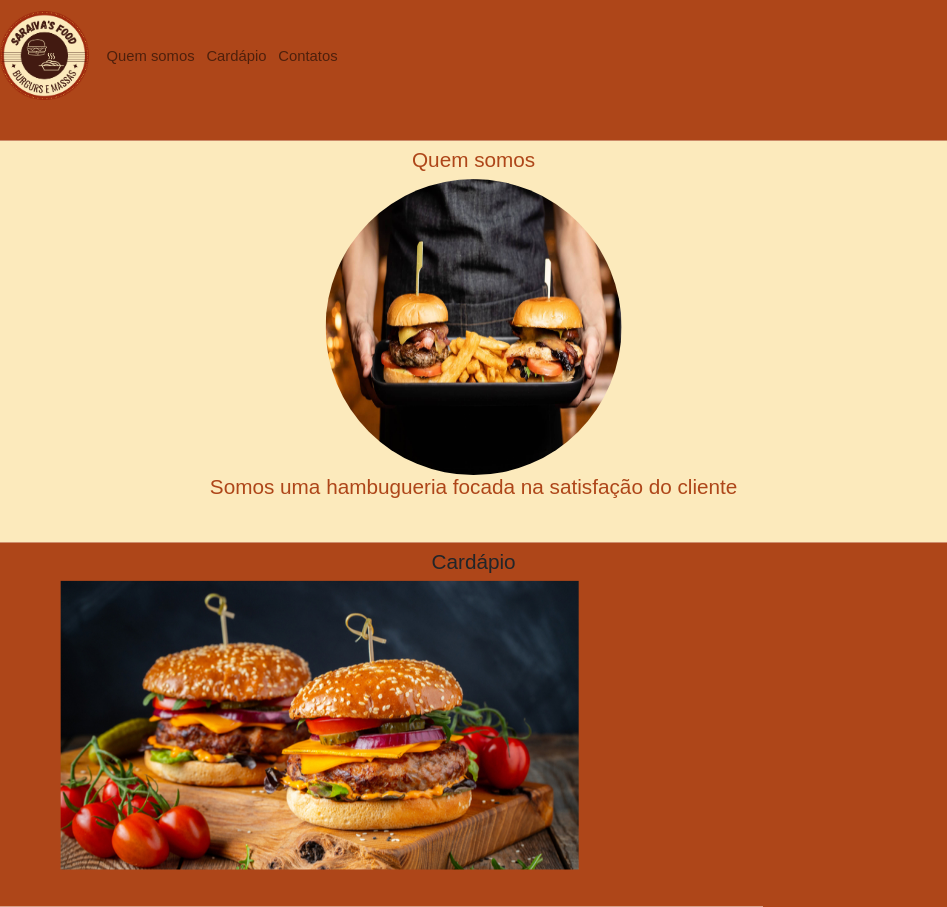
Repository: Tuanemendes/curso_bootstrap
Page: projeto1/index.html
An editor plug-in stored every save of this project. The page is shown before and after the next save, followed by the edit.
The browser window is 1280 px wide. The pictures show the whole page, at 74% of full size.

Above is the page before, as saved 2022-04-04 17:04:16.

### projeto1/index.html
<!DOCTYPE html>
<html lang="pt-br">

<head>
    <title>Saraiva's</title>
    <meta charset="utf-8">
     <link href="https://cdn.jsdelivr.net/npm/bootstrap@5.1.3/dist/css/bootstrap.min.css" rel="stylesheet" integrity="sha384-1BmE4kWBq78iYhFldvKuhfTAU6auU8tT94WrHftjDbrCEXSU1oBoqyl2QvZ6jIW3" crossorigin="anonymous">
        <link rel=" stylesheet" type="text/css" href="/css/style.css">
</head>

<body>
    <nav class="navbar navbar-expand-lg navbar-light margin">
        <a class="navbar-brand" href="#">
            <img src="/img/saraivasfood.png" alt="logo" width="120" height="120">
        </a>
        <div class="collapse navbar-collapse">
            <ul class="navbar-nav">
                <li class="nav-item">
                    <a class="nav-link " href="#"> Quem somos </a>
                </li>
                <li class="nav-item">
                    <a class="nav-link " href="#"> Cardápio </a>
                </li>
                <li class="nav-item">
                    <a class="nav-link " href="#"> Contatos </a>
                </li>
            </ul>
        </div>
    </nav>

    <section id="quemsomos">
        <div class="container-fluid quem-somos text-center margin">
            <h3>Quem somos</h3>
            <img src="/img/FICHA-TECNICA-PARA-HAMBURGUERIA-DICA.jpg" class="rounded-circle" alt="burgueria" width="400" height="400">
            <h3>Somos uma hambugueria  focada na satisfação do cliente</h3>

            </div>
    </section>
    <section id="cardapio">
        <div class="container-fluid text-center margin cardapio">
           <h3>Cardápio</h3>
            <div class="container">
                <div class="row">
                    <div class="col-md-4">
                         <img src="/img/dia_do_hamburguer_EPA_0.jpg" alt="">

                    </div>
                </div>
            </div>
        </div>
    </section>

</body>

</html>

### css/style.css
body{
  font: 20px Arial,sans-serif;
}

.navbar{
    background-color: #ae4619;

}
.quem-somos{
    background-color: #fceabc;
    color: #ae4619;

}
.margin{
    padding-bottom: 50px;
    padding-top: 10px;

}
.cardapio{
    background-color: #ae4619;

}

After the next save:
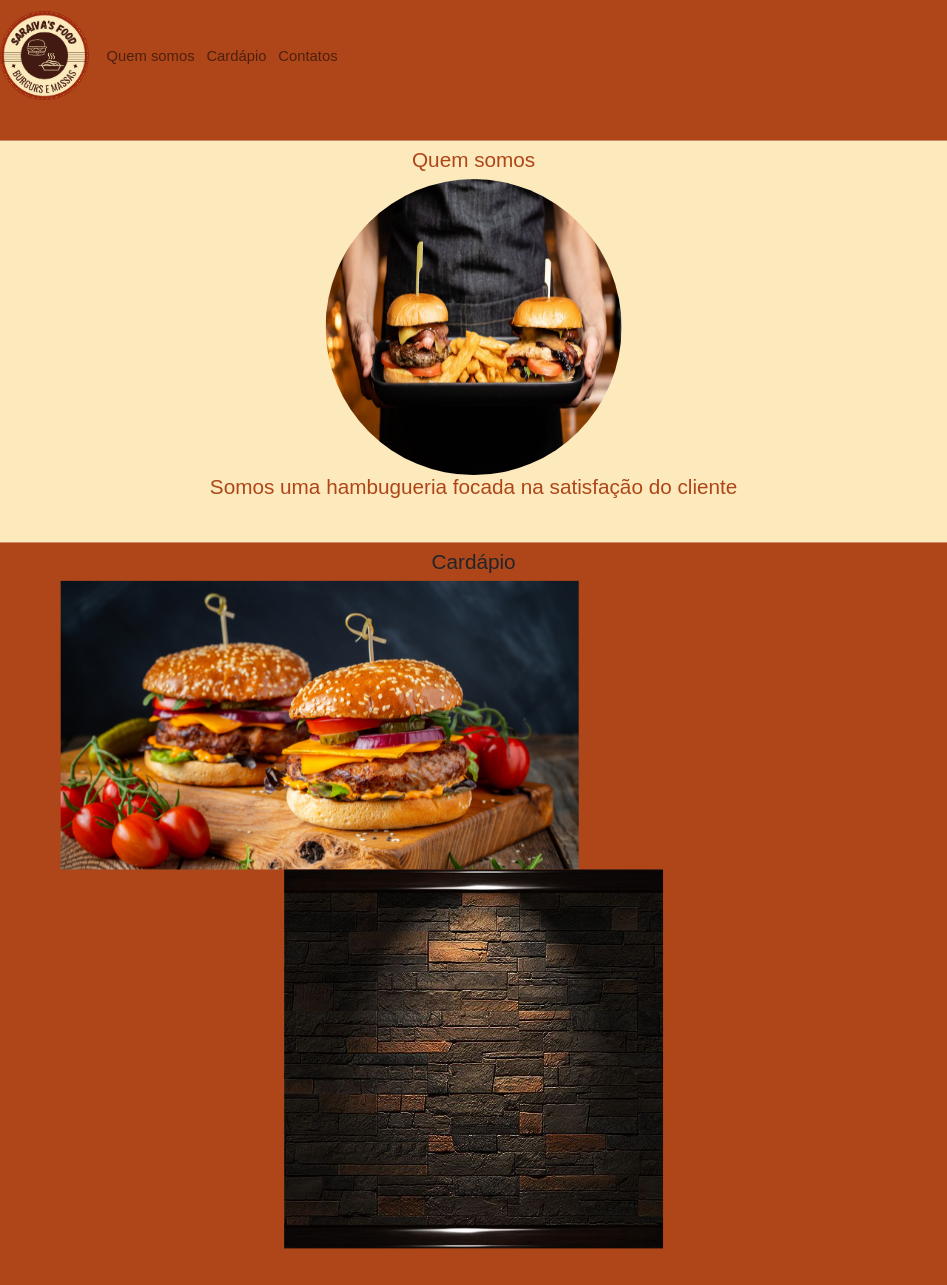
Saved 41 s later.
--- a/projeto1/index.html
+++ b/projeto1/index.html
@@ -45,6 +45,10 @@
                          <img src="/img/dia_do_hamburguer_EPA_0.jpg" alt="">
 
                     </div>
+                    <div>
+                        <img src="/img/27cc887a3ec0d44abc315f40abb07257.jpg" alt="">
+
+                    </div>
                 </div>
             </div>
         </div>
